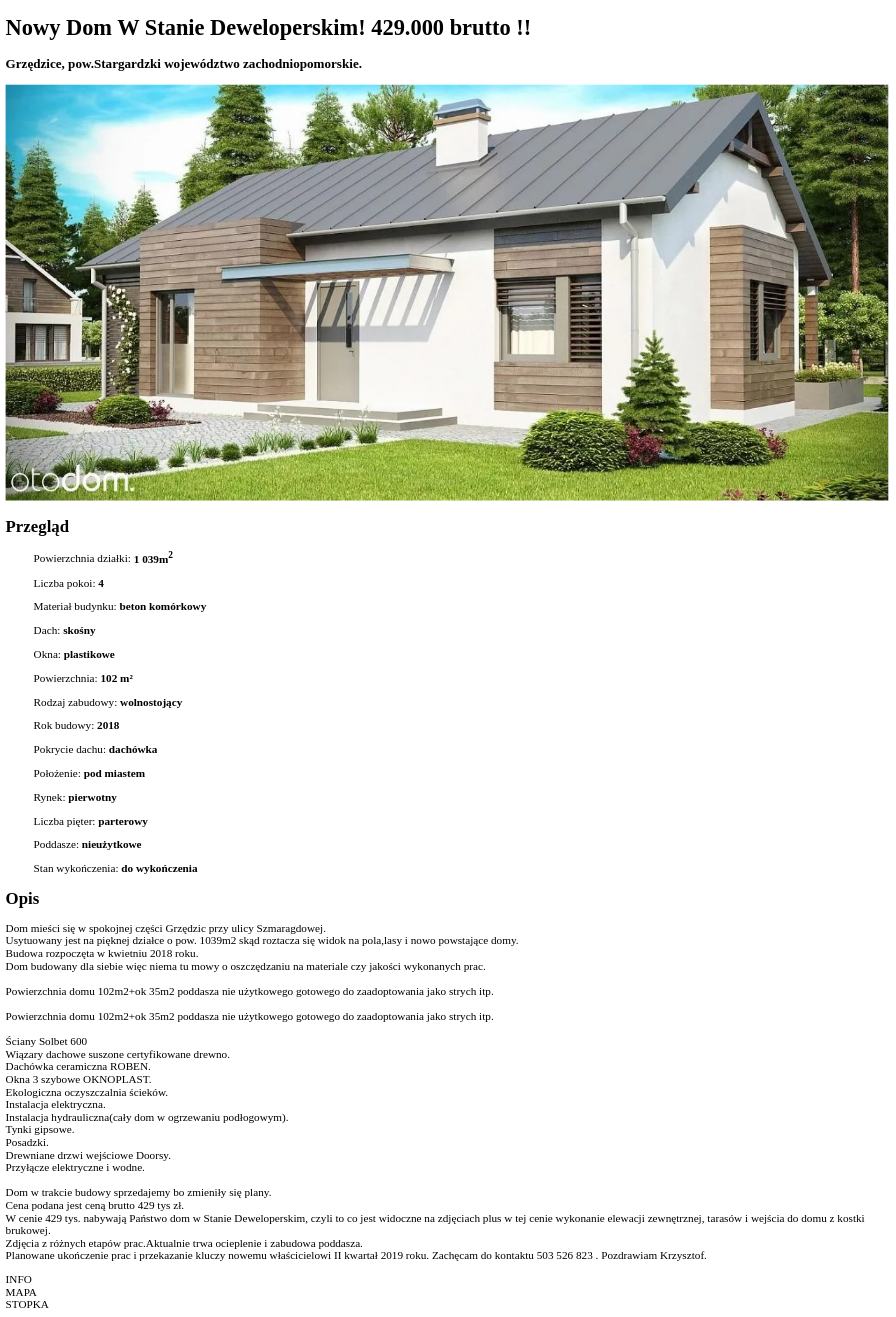
Repository: Slawek88/HomePage
Page: index.html
The author's editor kept a copy of each file at every save. The page is drawn from the files as they stood at one save, then again after a run of saves.
The browser window is 1280 px wide. The pictures show the whole page, at 70% of full size.

Above is the page before, as saved 2019-02-28 13:11:29.

### index.html
<!DOCTYPE html>
<html lang="en">
  <head>
    <meta charset="UTF-8" />
    <meta name="viewport" content="width=device-width, initial-scale=1.0" />
    <meta http-equiv="X-UA-Compatible" content="ie=edge" />
    <title>Dom w stanie Developerskim</title>
    <!-- <link rel="stylesheet" href="css/normalize.css"> -->
    <link rel="stylesheet" href="css/style.css" />
    <!-- <link
      href="https://fonts.googleapis.com/css?family=Roboto:400,900&amp;subset=latin-ext"
      rel="stylesheet"
    /> -->
  </head>

  <body>
    <h1>Nowy Dom W Stanie Deweloperskim! 429.000 brutto !!</h1>
    <h3>Grzędzice, pow.Stargardzki województwo zachodniopomorskie.</h3>
    <div class="container">
      <div class="grid">
        <div class="grid-item grid-img"><img src="img/1-Z96.jpg" alt="" /></div>
        <div class="grid-item grid-overview">
          <h2>Przegląd</h2>
          <ul class="li">
            Powierzchnia działki:
            <strong>1 039m<sup>2</sup></strong>
          </ul>
          <ul class="li">
            Liczba pokoi:
            <strong> 4</strong>
          </ul>
          <ul class="li">
            Materiał budynku:
            <strong>beton komórkowy</strong>
          </ul>
          <ul class="li">
            Dach:
            <strong>skośny</strong>
          </ul>
          <ul class="li">
            Okna:
            <strong>plastikowe</strong>
          </ul>
          <ul class="li">
            Powierzchnia:
            <strong>102 m²</strong>
          </ul>
          <ul class="li">
            Rodzaj zabudowy:
            <strong>wolnostojący</strong>
          </ul>
          <ul class="li">
            Rok budowy:
            <strong>2018</strong>
          </ul>
          <ul class="li">
            Pokrycie dachu:
            <strong>dachówka</strong>
          </ul>
          <ul class="li">
            Położenie:
            <strong>pod miastem</strong>
          </ul>
          <ul class="li">
            Rynek:
            <strong>pierwotny</strong>
          </ul>
          <ul class="li">
            Liczba pięter:
            <strong>parterowy</strong>
          </ul>
          <ul class="li">
            Poddasze:
            <strong>nieużytkowe</strong>
          </ul>
          <ul class="li">
            Stan wykończenia:
            <strong>do wykończenia</strong>
          </ul>
        </div>
        <div class="grid-item grid-destriction">
          <h2>Opis</h2>
          <p>
            Dom mieści się w spokojnej części Grzędzic przy ulicy Szmaragdowej.
            <br />
            Usytuowany jest na pięknej działce o pow. 1039m2 skąd roztacza się
            widok na pola,lasy i nowo powstające domy.
            <br />
            Budowa rozpoczęta w kwietniu 2018 roku.
            <br />
            Dom budowany dla siebie więc niema tu mowy o oszczędzaniu na
            materiale czy jakości wykonanych prac.
            <br />
            <br />
            Powierzchnia domu 102m2+ok 35m2 poddasza nie użytkowego gotowego do
            zaadoptowania jako strych itp.
            <br>
            <br>
            Powierzchnia domu 102m2+ok 35m2 poddasza nie użytkowego gotowego do zaadoptowania jako strych itp.
            <br>
            <br>
            Ściany Solbet 600
            <br>
            Wiązary dachowe suszone certyfikowane drewno.
            <br>
            Dachówka ceramiczna ROBEN.
            <br>
            Okna 3 szybowe OKNOPLAST.
            <br>
            Ekologiczna oczyszczalnia ścieków.
            <br>
            Instalacja elektryczna.
            <br>
            Instalacja hydrauliczna(cały dom w ogrzewaniu podłogowym).
            <br>
            Tynki gipsowe.
            <br>
            Posadzki.
            <br>
            Drewniane drzwi wejściowe Doorsy.
            <br>
            Przyłącze elektryczne i wodne.
            <br>
            <br>
            Dom w trakcie budowy sprzedajemy bo zmieniły się plany.
            <br>
Cena podana jest ceną brutto 429 tys zł.
<br>
W cenie 429 tys. nabywają Państwo dom w Stanie Deweloperskim, czyli to co jest widoczne na zdjęciach plus w tej cenie wykonanie elewacji zewnętrznej, tarasów i wejścia do domu z kostki brukowej.
<br>
Zdjęcia z różnych etapów prac.Aktualnie trwa ocieplenie i zabudowa poddasza.
<br>

Planowane ukończenie prac i przekazanie kluczy nowemu właścicielowi II kwartał 2019 roku.
Zachęcam do kontaktu 503 526 823 .
Pozdrawiam Krzysztof.
          </p>
        </div>
        <div class="grid-tem grit-info">
          INFO
        </div>
        <div class="grid-item grid-map">MAPA</div>
        <div class="grid-item grid-footer">STOPKA</div>
      </div>
    </div>
  </body>
</html>

### css/style.css
strong {
    600;
}

After the next 2 saves:
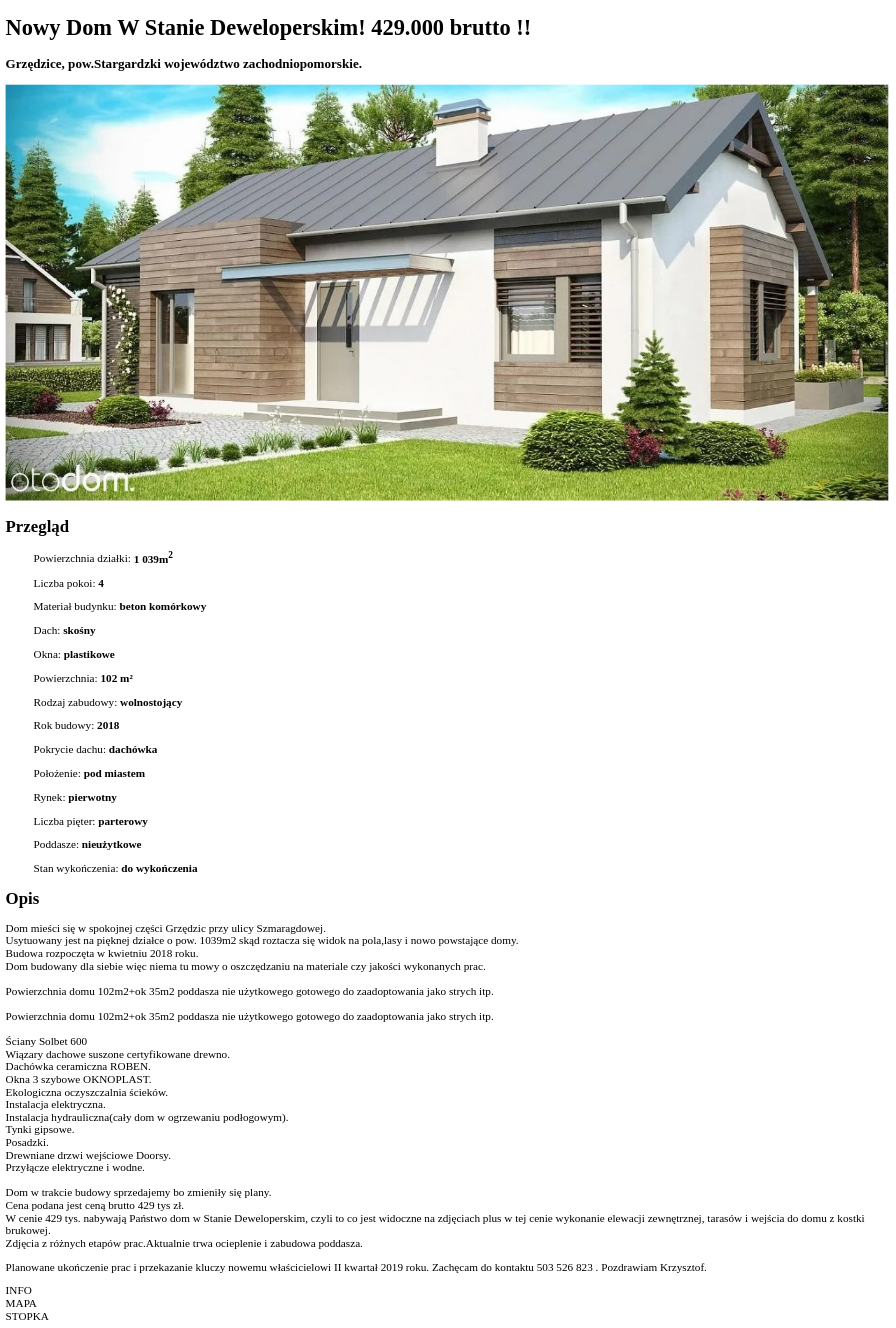
The 2 saves are shown as one change because they came seconds apart.
The last was saved 12 s later.
--- a/index.html
+++ b/index.html
@@ -129,7 +129,7 @@
 W cenie 429 tys. nabywają Państwo dom w Stanie Deweloperskim, czyli to co jest widoczne na zdjęciach plus w tej cenie wykonanie elewacji zewnętrznej, tarasów i wejścia do domu z kostki brukowej.
 <br>
 Zdjęcia z różnych etapów prac.Aktualnie trwa ocieplenie i zabudowa poddasza.
-<br>
+          </p>
 
 Planowane ukończenie prac i przekazanie kluczy nowemu właścicielowi II kwartał 2019 roku.
 Zachęcam do kontaktu 503 526 823 .
